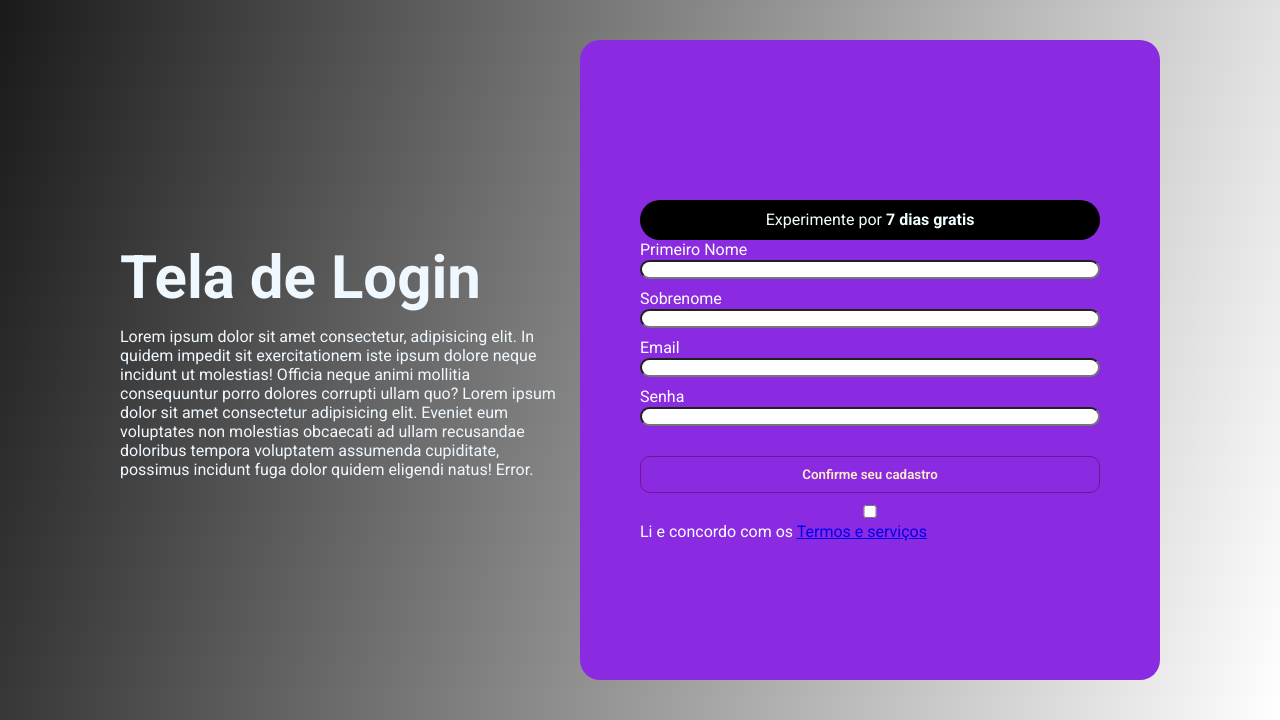
Repository: gimoli/tela-login
Page: index.html
These files come from the project's save history. The page is drawn as it stood at one moment and after a run of saves; the edit follows.
The browser window is 1280 px wide. The pictures show the whole page.

Above is the page before, as saved 2025-04-16 22:27:15.

### index.html
<!DOCTYPE html>
<html lang="pt-br">
<head>
    <meta charset="UTF-8">
    <meta name="viewport" content="width=device-width, initial-scale=1.0">
    <title>Document</title>
    <link rel="stylesheet" href="style.css">
    <link rel="preconnect" href="https://fonts.googleapis.com">
<link rel="preconnect" href="https://fonts.gstatic.com" crossorigin>
<link href="https://fonts.googleapis.com/css2?family=Roboto:ital,wght@0,100..900;1,100..900&display=swap" rel="stylesheet">
</head>
<body>
    <main>
            <div class="container-left">
                <h1>Tela de Login</h1>
                <p>Lorem ipsum dolor sit amet consectetur, adipisicing elit. In quidem impedit sit exercitationem iste ipsum dolore neque incidunt ut molestias!
                     Officia neque animi mollitia consequuntur porro dolores corrupti ullam quo? Lorem ipsum dolor sit amet consectetur adipisicing elit.
                     Eveniet eum voluptates non molestias obcaecati ad ullam recusandae doloribus tempora voluptatem assumenda cupiditate,
                      possimus incidunt fuga dolor quidem eligendi natus! Error.</p>
            </div>

            <div class="container-right">
               <a href="a" class="teste-gratis">
                  <p>Experimente por <b>7 dias gratis</b></p>
                  </a>

                  <div class="forms">
                    <form>
                        <div>
                            <label for="name">
                                <p>Primeiro Nome</p>
                                <input id="name" type="text" />
                            </label>
                        </div>

                        <div>
                            <label for="lastname">
                                <p>Sobrenome</p>
                                <input id="lastname" type="text" />
                            </label>
                        </div>

                        <div>
                            <label>
                                <p>Email</p>
                                <input id="email" type="email" />
                            </label>
                        </div>

                        <div>
                            <label>
                                <p>Senha</p>
                                <input id="password" type="password" />
                            </label>
                        </div>

                        <button type="submit">
                            <p>Confirme seu cadastro</p>
                        </button>

                        <div>
                            <input type="checkbox">
                            <p> Li e concordo com os <a href="a"> Termos e serviços</a> </p>
                        </div>

                    </form>
                </div>
            </div>
    </main>
</body>
</html>

### style.css
* {
    margin: 0;
    padding: 0;
    box-sizing: border-box;
    font-family: "Roboto", sans-serif;
}

main {
    display: flex;
    background-image: url("assets/um-fundo-roxo-e-azul-com-um-fundo-roxo.avif") no-repeat center center;
    background-size: cover;
    position: relative;
    height: 100vh;
    z-index: 0;
    padding: 40px 120px;
    gap: 13px;

    &::after{
        content: "";
        background: linear-gradient(105deg, black 0%, rgba(0, 0, 0, 0) 100%);
        position: absolute;
        top: 0;
        left: 0;
        opacity: 0.9;
        width: 100%;
        height: 100%;
        z-index: -1;
    }
}

.container-left {
    color: aliceblue;
    display: flex;
    justify-content: center;
    flex-direction: column;
    gap: 14px;
}

.container-left h1{
    cursor: pointer;
    font-size: 60px;

    &:houver::after{
        content: "";
        position: absolute;
        bottom: 380px;
        left: 120px;
        background-color: aquamarine;
        height: 3px;
        width: 400px;
        animation-name: left-to-right;
        animation-duration: 600ms;
        animation-iteration-count: 1;
    }
}

.container-right {
   display: flex;
   background-color: blueviolet;
   flex-direction: column;
   justify-content: center;
   align-items: center;
   padding: 0 60px;
   border-radius: 20px;
   color: rgb(255, 255, 255);
}

.teste-gratis {
    display: flex;
    justify-content:center;
    align-items: center;
   width: 460px;
   height: 40px;
    background-color: rgb(0, 0, 0);
    text-decoration: none;
    color: azure;
    border-radius: 20px;
    margin-top: 20px;

    &:hover{
     transform: scale(1.1);
    }
}

.teste-gratis p{
    text-align: center;
}

.forms {
    width: 100%;
}

.forms form{
    display: flex;
    flex-direction: column;
    gap: 10px;
}

.forms_info {
    text-align: center;
}

.forms input{
    border-radius: 20px;
    width: 100%;
}

.forms button{
    cursor: pointer;
    margin-top: 20px;
    border-radius: 10px;
    padding: 10px 15px;
    background-color: blueviolet;
    color: blanchedalmond;
    border: 0.5px solid rgb(123, 15, 153);
    font-weight: 600;

    &:active {
        transform: scale(0.9);
        background-color: rgb(67, 8, 66);
    }

}

.terms {
    display: flex;
    justify-content: center;
    gap: 5px;
  }

  .terms input {
    width: fit-content;
  }

  .terms p {
    width: 100%;
  }

  .terms p a{
    width: fit-content;
    color: rgb(210, 161, 255);
    font-weight: 900;
  }

  @keyframes left-to-right {
    0% {
      width: 0;
    }
    100% {
      width: 400px;
    }
  }

After the next 2 saves:
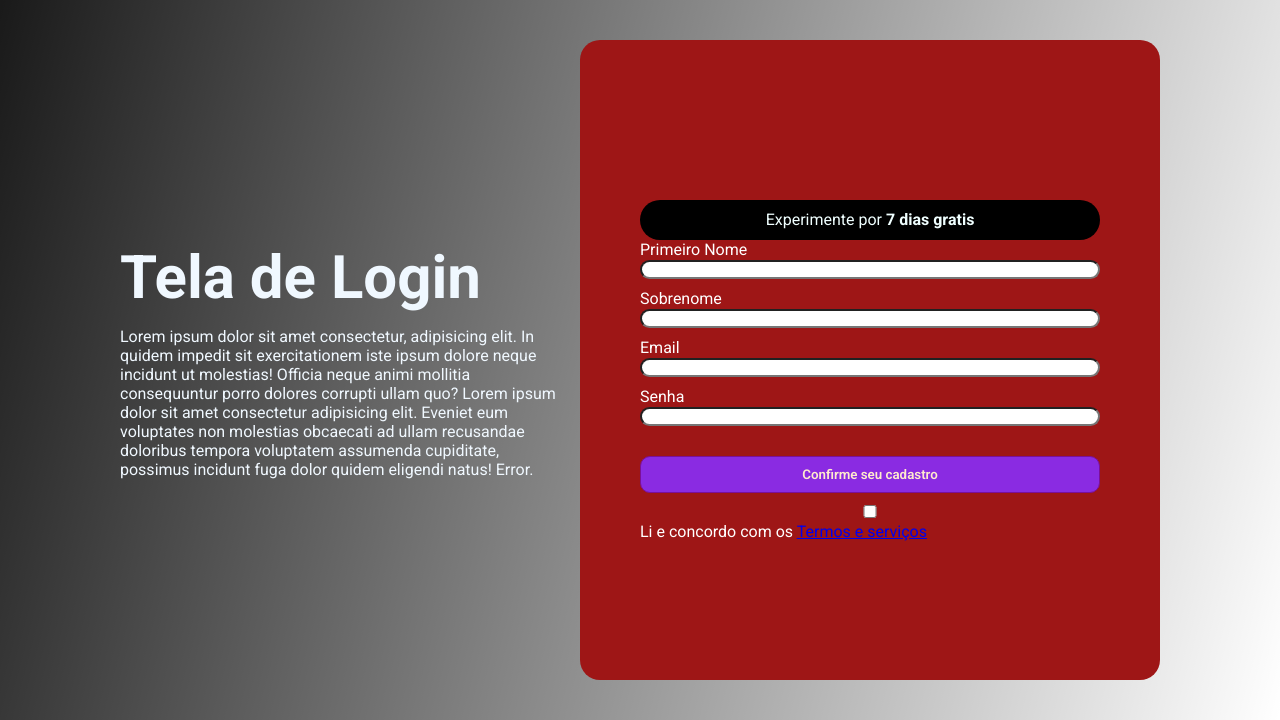
The 2 saves are shown as one change because they came seconds apart.
The last was saved 28 s later.
--- a/style.css
+++ b/style.css
@@ -56,7 +56,7 @@ main {
 
 .container-right {
    display: flex;
-   background-color: blueviolet;
+   background-color: rgb(158, 22, 22);
    flex-direction: column;
    justify-content: center;
    align-items: center;
